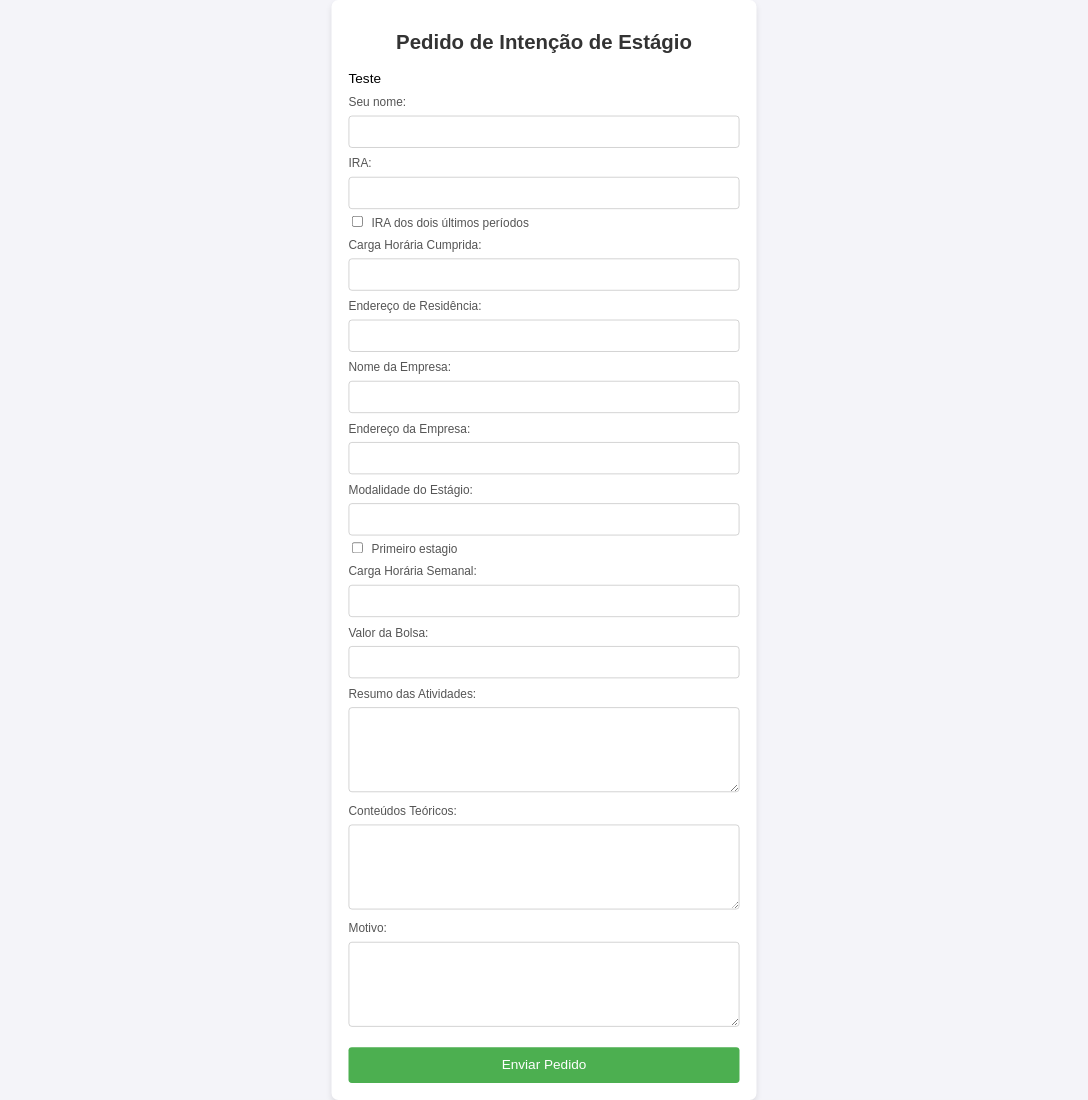
Repository: CronosUchoa/ArqSoft
Page: http://localhost/PedidoIntencaoNovoEstagioRDG/
An editor plug-in stored every save of this project. The page is shown before and after the next save, followed by the edit.
The browser window is 1280 px wide. The pictures show the whole page, at 85% of full size.
The page is served by Tomcat 9.

Above is the page before, as saved 2024-11-27 12:49:14.

After the next save:
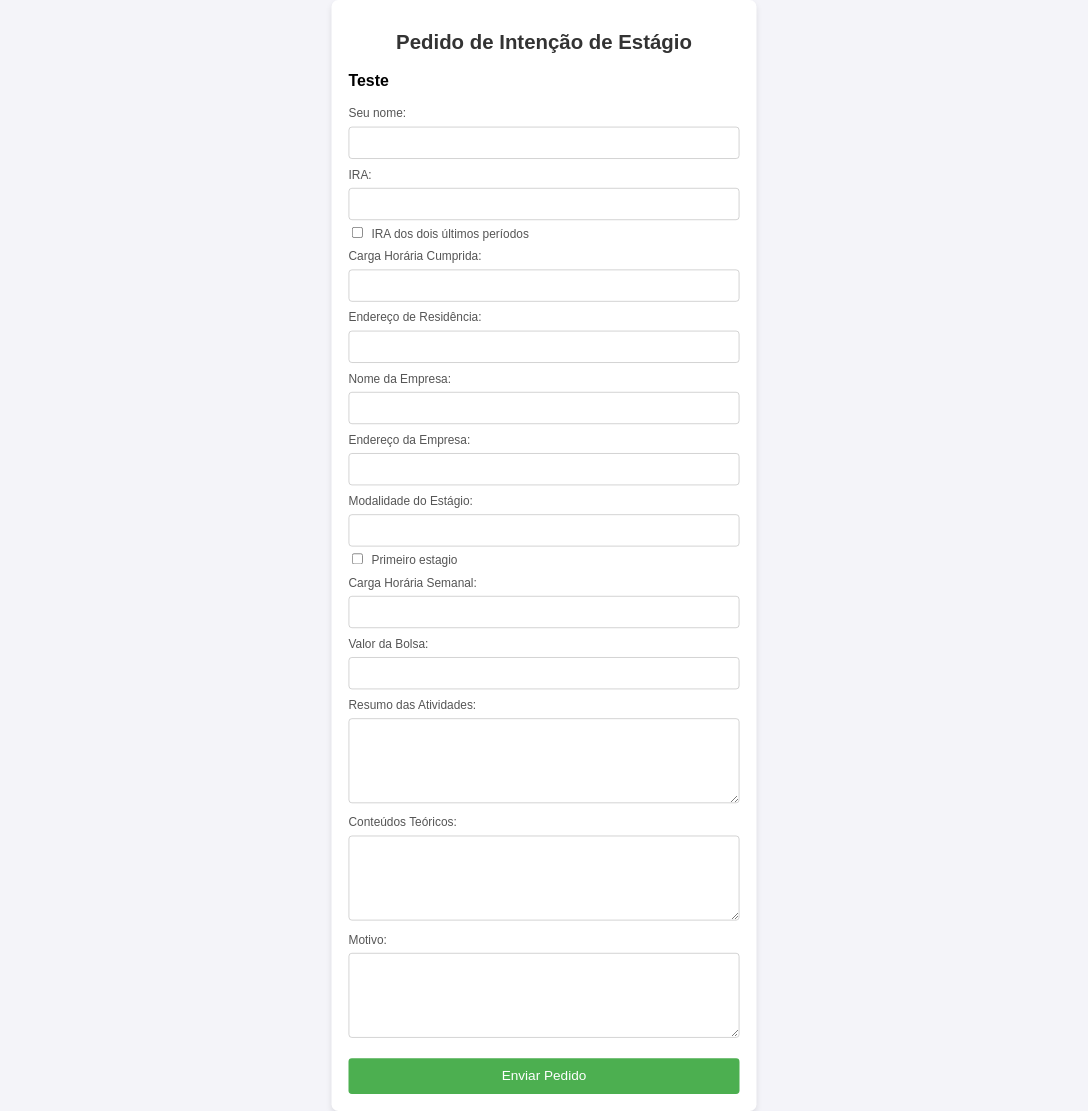
Saved 25 s later.
--- a/PedidoIntencaoNovoEstagioRDG/src/main/webapp/WEB-INF/JSPS/index.jsp
+++ b/PedidoIntencaoNovoEstagioRDG/src/main/webapp/WEB-INF/JSPS/index.jsp
@@ -96,7 +96,7 @@
 <body>
     <form action="Controller" method="post" onsubmit="return validarEGerarIdentificador()">
         <h1>Pedido de Intenção de Estágio</h1>
-        <h7>Teste</h7>
+        <h3>Teste</h3>
         <input type="hidden" name="action" value="criarPedidoIntencao">
 
          <!-- Área para mensagens -->
